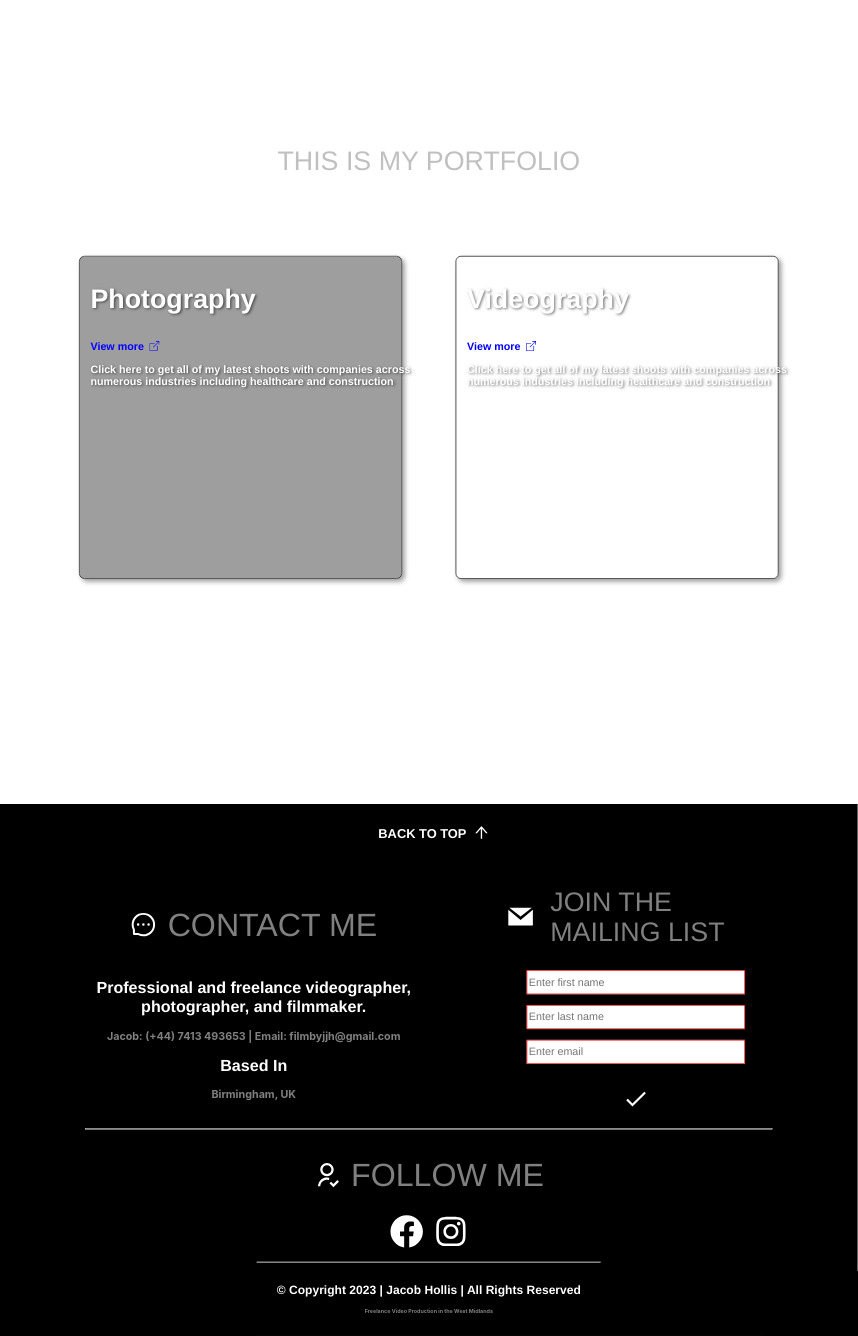
Repository: ThomasMTurner/filmbyjjh-portfolio
Page: /portfolio (app in client/)
These files come from the project's save history. The page is drawn as it stood at one moment and after the next save; the edit follows.
The browser window is 1280 px wide. The pictures show the whole page, at 67% of full size.
Pictures or frames that could not be fetched are drawn as grey boxes. The project was rebuilt for these pictures with package versions that can differ from the ones it lists, and the page was loaded fresh each time. Also part of the build but not shown: client/vite.config.js, client/src/pages/Components/TagComponents.jsx, client/src/pages/Components/Post.jsx, client/src/pages/Components/SearchBar.jsx, client/src/pages/Updates.jsx, client/src/pages/Contact.jsx, client/src/pages/Components/InitialLogin.jsx, client/src/pages/Home.jsx and 2 more. Imported but missing from the stored project, and not drawn on this page: client/src/pages/Components/Videos/header.mp4, client/src/pages/Components/Videos/portfolio-reel.mp4.

Above is the page before, as saved 2023-10-20 13:21:24.

### client/public/index.html
<!DOCTYPE html>
<html lang="en">
  <head>
    <meta charset="utf-8" />
    <link rel="icon" href="%PUBLIC_URL%/favicon2.ico" />
    <meta name="viewport" content="width=device-width, initial-scale=1" />
    <meta name="theme-color" content="#000000" />
    <meta
      name="description"
      content="Web site created using create-react-app"
    />
    <link rel="apple-touch-icon" href="%PUBLIC_URL%/logo192.png" />
    <!--
      manifest.json provides metadata used when your web app is installed on a
      user's mobile device or desktop. See https://developers.google.com/web/fundamentals/web-app-manifest/
    -->
    <link rel="manifest" href="%PUBLIC_URL%/manifest.json" />
    <!--
      Notice the use of %PUBLIC_URL% in the tags above.
      It will be replaced with the URL of the `public` folder during the build.
      Only files inside the `public` folder can be referenced from the HTML.

      Unlike "/favicon.ico" or "favicon.ico", "%PUBLIC_URL%/favicon.ico" will
      work correctly both with client-side routing and a non-root public URL.
      Learn how to configure a non-root public URL by running `npm run build`.
    -->
    <title>FILM.BY.JJH</title>
  </head>
  <body>
    <noscript>You need to enable JavaScript to run this app.</noscript>
    <div id="root"></div>
    <!--
      This HTML file is a template.
      If you open it directly in the browser, you will see an empty page.

      You can add webfonts, meta tags, or analytics to this file.
      The build step will place the bundled scripts into the <body> tag.

      To begin the development, run `npm start` or `yarn start`.
      To create a production bundle, use `npm run build` or `yarn build`.
    -->
  </body>
</html>

### client/src/index.jsx
import React from 'react';
import ReactDOM from 'react-dom/client';
import './index.css';
import App from './App';
import { UserRoleProvider } from './userRoleContext';


const root = ReactDOM.createRoot(document.getElementById('root'));
root.render(
  <React.StrictMode>
    <UserRoleProvider>
      <App />
    </UserRoleProvider>
  </React.StrictMode>
);

### client/src/App.jsx
import { useLocation, useNavigate, Route, Outlet, BrowserRouter as Router, Routes} from 'react-router-dom';
import { useEffect, useState, Suspense } from 'react';
import { CSSTransition } from 'react-transition-group';
import { ColorRing } from 'react-loader-spinner';
import React from 'react';
import NavBar from "./pages/Components/Navbar"
import Footer from "./pages/Components/Footer";
import Updates from './pages/Updates';
import Contact from './pages/Contact';
import Home from './pages/Home';
import { EventHighlights, PromotionalMaterial } from './pages/Videography';
import SubNav from './pages/Components/SubNav';
import Portfolio from './pages/Portfolio';


//page to capture individual shoots or projects, want back button at top right with title

const VideoPage = () => {
  const navigate = useNavigate();
  const location = useLocation();

  useEffect(() => {
    if (location.pathname == '/video'){
      navigate('/video/event-highlights');
    }
  }, [navigate, location]);

  return (
    <div className='video-page-wrapper'>
      <div className='sideline-content'>
        <SubNav
          title="Videography Content"
          parentLink="video"
          links={{"Event highlights": "event-highlights", "Promotional material": "promotional-material", "Drone footage": "my-first-highlight-reel" }}
          subLinks={{'event highlights': {"Shoots": {"Atlas Gym": "/video/links/atlas-gym"}, "Individual projects":{}}}}
          className='subnav'
        />
        <p className='sideline-content-text'>Welcome to the videography page, you can view all of my highlighted video projects on the right by scrolling. You can also look into each project by clicking on the button inside the caption. </p>
      </div>

      <div className='page-content-wrapper'>
        <Routes>
          <Route path="/event-highlights" element={<EventHighlights />} />
          <Route path="/promotional-material" element={<PromotionalMaterial />} />
        </Routes>
      </div>
    </div>
  );
};




const PhotoPage = () => {
    const navigate = useNavigate();
    const location = useLocation();

    useEffect(() => {
      if (location.pathname == '/video'){
        navigate('/video/event-highlights');
      }
    }, [navigate, location]);

    return (
      <div className='photo-page-wrapper'>
        <SubNav
          title="Photography Content"
          parentLink="photo"
          links={{}}
        />
        <Routes>
          <Route path="/" element={<EventHighlights />} />
        </Routes>
      </div>
    );

}


const LoadingPage = () => {
  return (
    <div className='loading-page'>
      <ColorRing
        className='loading-spinner'
        visible={true}
        height="100"
        width="100"
        ariaLabel="blocks-loading"
        wrapperStyle={{}}
        wrapperClass="blocks-wrapper"
        colors={['#000000', '#808080', '#C0C0C0', '#808080', '#000000']}
    />

      <p>Loading, please wait...</p>
    </div>
  )
}


const Layout = () => {
  const [showFooter, setShowFooter] = useState(false);

  useEffect(() => {
    const handleScroll = () => {
      const content = document.getElementById('content');
      if (content) {
        const scrollOffset = content.offsetHeight - document.documentElement.clientHeight;
        setShowFooter(window.pageYOffset >= scrollOffset);

      }
    };

    window.addEventListener('scroll', handleScroll);

    return () => {
      window.removeEventListener('scroll', handleScroll);
    };
  }, []);


      return (
        <div className='layout-wrapper'>
          <CSSTransition
           in={!showFooter}
           timeout={300}
           classNames='nav-transition'
           unmountOnExit>
            <NavBar id='nav' />
          </CSSTransition>
          <div id="content">
            <Outlet/>
          </div>
          <Footer/>
        </div>
      );
    };

/*
Notes for later:


*/


export default function App() {
  return (
    <div className="App">
      <Router>
        <Suspense fallback={<LoadingPage />} timeout={200}>
          <Routes>
            <Route path="/" element={<Layout />}>
              <Route index element={<Home />} />
              <Route path="/updates" element={<Updates />} />
              <Route path="/contact" element={<Contact />} />
              <Route path="/portfolio" element={<Portfolio/>} />
                <Route path="/portfolio/video/*" element={<VideoPage />} />
                <Route path="/portfolio/photo/*" element={<PhotoPage />} />
            </Route>
          </Routes>
        </Suspense>
      </Router>
    </div>
  );
}

### client/src/userRoleContext.jsx
import {useState, createContext} from 'react';

export const UserRoleContext = createContext();

export const UserRoleProvider = ({children}) => {
    const [userRole, setUserRole] = useState(null);
    return (
        <UserRoleContext.Provider value ={{userRole, setUserRole}}>
            {children}
        </UserRoleContext.Provider>
    );
};

### client/src/pages/Components/Navbar.jsx
import './main_styles.css'
import JacobLogo from './Images/jacob-logo.jpg';
import { useState, useEffect } from 'react';
import { NavLink } from 'react-router-dom';
import { motion } from 'framer-motion';
import Hamburger from 'hamburger-react';
import { CSSTransition } from 'react-transition-group';
import classNames from 'classnames';
import {BiSolidRightArrow} from 'react-icons/bi';



function DropDownMenu(props) {
  const isMobileNav = props.isMobileNav;

  const mobileContainer = {
    hidden: {
      opacity:0,
      y: -10
    },
    show: {
      opacity: 1,
      transition: {
        staggerChildren: 0.2,
        duration: 0.5
      },
      y:0
    }
  }

  const mobileItem = {
    hidden: {
      opacity: 0,
      y: -10
    },
    show: {
      opacity: 1,
      y: 0

    }
  }

  if (isMobileNav){
  return (
  <motion.div
    variants = {mobileContainer}
    initial = "hidden"
    animate = "show"
            >

        <ul className='test-sub-menu' onMouseLeave={() => (!isMobileNav) && props.setVideoSubMenu(false)}>
          {Object.entries(props.links).map(([key, value], index) => (
            <motion.div
                        whileHover={{x:5}}
                        transition={{type:"string", duration:0.2, stiffness:300, damping:50}}
                        initial= "hidden"
                        animate= "show"
                        variants={mobileItem}
                        >
              <li>

                <NavLink
                  exact
                  to={value}
                  className={({ isActive }) => (isActive ? 'active-sub-nav-item' : 'sub-nav-item')}
                  key={index}
                >
                  {key}
                </NavLink>
              </li>
            </motion.div>
          ))}
        </ul>
    </motion.div>

  );
   }
  else {
    return (
      <motion.div initial={{x:200, y:-65, opacity:0}}
                  animate ={{y:-55, opacity:1}}
                  transition={{type:"string", duration:0.2, stiffness:300, damping:50}}>
        <ul className='test-sub-menu' onMouseLeave={() => (!isMobileNav) && props.setVideoSubMenu(false)}>
          {Object.entries(props.links).map(([key, value], index) => (
            <motion.div transition={{type:"string", duration:0.2, stiffness:300, damping:50}}>
              <li>
                <NavLink
                  exact
                  to={value}
                  className={({ isActive }) => (isActive ? 'active-sub-nav-item' : 'sub-nav-item')}
                  key={index}
                >
                  {key}
                </NavLink>
              </li>
            </motion.div>
          ))}
        </ul>
      </motion.div>
    )
  }
}





export default function NavBar() {
    const [isToggled, setToggled] = useState(false);
    const [isMobileNav, setMobileNav] = useState(false);
    const [VideoSubMenu, setVideoSubMenu] = useState(false);
    const [dimensions, setDimensions] = useState({width:null, height:null})
    const [dropDownOpener, setDropDownOpener] = useState('+');


    const handleToggle = () => {
      setToggled(!isToggled);
    }


    function useDimensions() {
      useEffect(() => {
        const handleDimensions = () => {
          setDimensions({ width: window.innerWidth, height: window.innerHeight });
        };
        window.addEventListener("resize", handleDimensions);
        handleDimensions();
        return () => window.removeEventListener("resize", handleDimensions);
      }, []);
    }

    function useResize() {
      useEffect(() => {
        const handleResize = () => {
          const width = window.innerWidth;
          setMobileNav(width <= 768);
          setToggled(!isMobileNav)
        };

        window.addEventListener("resize", handleResize);
        handleResize();
        return () => window.removeEventListener("resize", handleResize);
      }, []);
    }




    const logoClasses = classNames({
      'main-logo-wrapper': true,
      'logo-reposition': isMobileNav
    })


    const handleMobileDropDownClick = () => {
      setVideoSubMenu(!VideoSubMenu);
      if (dropDownOpener == '+'){
        setDropDownOpener('-');
      }
      else{
        setDropDownOpener('+');
      }
    }



    useDimensions()
    useResize()



    return (

    <div className="app-wrapper">
      <nav className='Navigation'>
        <div className={logoClasses}>
          <img src={JacobLogo} className="main-logo" alt="Jacob's Logo"/>
        </div>
        <button onClick={() => handleToggle()} className="hamburger-menu-icon">
          <Hamburger toggled={isToggled} toggle={setToggled} size={30} color={"white"} />
        </button>
          {isToggled &&

              <ul className="nav-wrapper">
                <li>
                  <NavLink exact to="/" className={({ isActive }) => (isActive ? 'active-nav-item' : 'nav-item')}>Home</NavLink>
                </li>
                <li>
                  <NavLink exact to="/updates" className={({ isActive }) => (isActive ? 'active-nav-item' : 'nav-item')}>Updates</NavLink>
                </li>
                <li onMouseEnter={() => (!isMobileNav) && setVideoSubMenu(true)} onMouseLeave ={() => (!isMobileNav) && setVideoSubMenu(false)}>
                  <NavLink exact to="/portfolio" className={({ isActive }) => (isActive ? 'active-nav-item' : 'nav-item')}>Portfolio</NavLink>
                  {isMobileNav && <button className='drop-down-mobile-button' onClick={() => handleMobileDropDownClick()}> {dropDownOpener} </button>}
                  {VideoSubMenu && (
                    <DropDownMenu
                      VideoSubMenu={VideoSubMenu}
                      setVideoSubMenu={setVideoSubMenu}
                      isMobileNav={isMobileNav}
                      links={{ 'Home': '/portfolio', 'Videography': '/portfolio/video', 'Photography': '/portfolio/photo' }}
                    />

  )}
                </li>
                <li>
                  <NavLink exact to="/contact" className={({ isActive }) => (isActive ? 'active-nav-item' : 'nav-item')}>Contact</NavLink>
                </li>
              </ul>


          }

      </nav>
    </div>

    );

  }

### client/src/pages/Portfolio.jsx
import { useNavigate } from 'react-router-dom';
import { useState } from 'react';
import {BsBoxArrowUpRight, BsArrowRight} from 'react-icons/bs';

const PortfolioCard = (props) => {
    const navigate = useNavigate();
    const [hovering, setHovering] = useState(false);
    console.log(props.title.toLowerCase().slice(0, 5))
    return (
        <div onClick={() => navigate(`/portfolio/${props.title.toLowerCase().slice(0, 5)}`)} onMouseEnter={() => setHovering(true)} onMouseLeave={() => setHovering(false)} className={`portfolio-card portfolio-card-${props.title.toLowerCase()}`}>
            <p style={{fontFamily:'helvetica', fontWeight:'bold', fontSize:'2.5rem', color:'white'}}>{props.title}</p>
            <button className={`portfolio-card-button ${hovering ? 'portfolio-card-button-hover' : ''}`} type="button" onClick={() => navigate(`/portfolio/${props.title.toLowerCase().slice(0, 5)}`)}>View more <BsBoxArrowUpRight color={'blue'} size={15} /></button>
            <p style={{fontFamily:'helvetica', fontWeight:'bold', fontSize:'1rem', color:'white'}}>{props.desc}</p>
        </div>
    )
}
export default function Portfolio() {
    return(
        <div style={{display:'flex', flexDirection:'column', justifyContent:'center', alignItems:'center', width:'100%', gap:'5rem', minHeight:'75rem', position:'relative', bottom:'5rem'}}>
            <p style={{fontFamily:'helvetica', fontWeight:'200', fontSize:'2.5rem', color:'silver'}}>THIS IS MY PORTFOLIO</p>
            <div style={{display:'flex', flexDirection:'row', justifyContent:'center', alignItems:'center', width:'100%', gap:'5rem'}}>
                <PortfolioCard title="Photography" desc="Click here to get all of my latest shoots with companies across numerous industries including healthcare and construction" />
                <PortfolioCard title="Videography" desc="Click here to get all of my latest shoots with companies across numerous industries including healthcare and construction" />
            </div>
        </div>
    )
}

### client/src/pages/Components/ScrollButton.jsx
import './main_styles.css';
import { useState } from 'react';
import {AiOutlineArrowUp} from 'react-icons/ai';

export default function ScrollButton () {
    const [iconActive, setIconActive] = useState(false);
    const handlePress = () => {
        window.scrollTo({top:0, left:0, behavior:"smooth"});
    }

    const handleIconState = () => {
        setIconActive(!iconActive);
    }

    const handleIconColour = () => {
        if (iconActive) {
            return 'gray';
        }
        else {
            return 'white';
        }
    }


    return (
        <div className='scroll-button-wrapper' onMouseEnter={handleIconState} onMouseLeave={handleIconState}>
            <button onClick={handlePress} className='scroll-button'>BACK TO TOP
            <AiOutlineArrowUp width='200' height='200' color={handleIconColour()} className='scroll-icon'/>
            </button>

        </div>
    );
}

Loaded but not shown: client/src/index.css (common file); client/src/pages/Components/main_styles.css (2559 lines, source omitted); client/src/pages/Components/Footer.jsx (238 lines, source omitted)

After the next save:
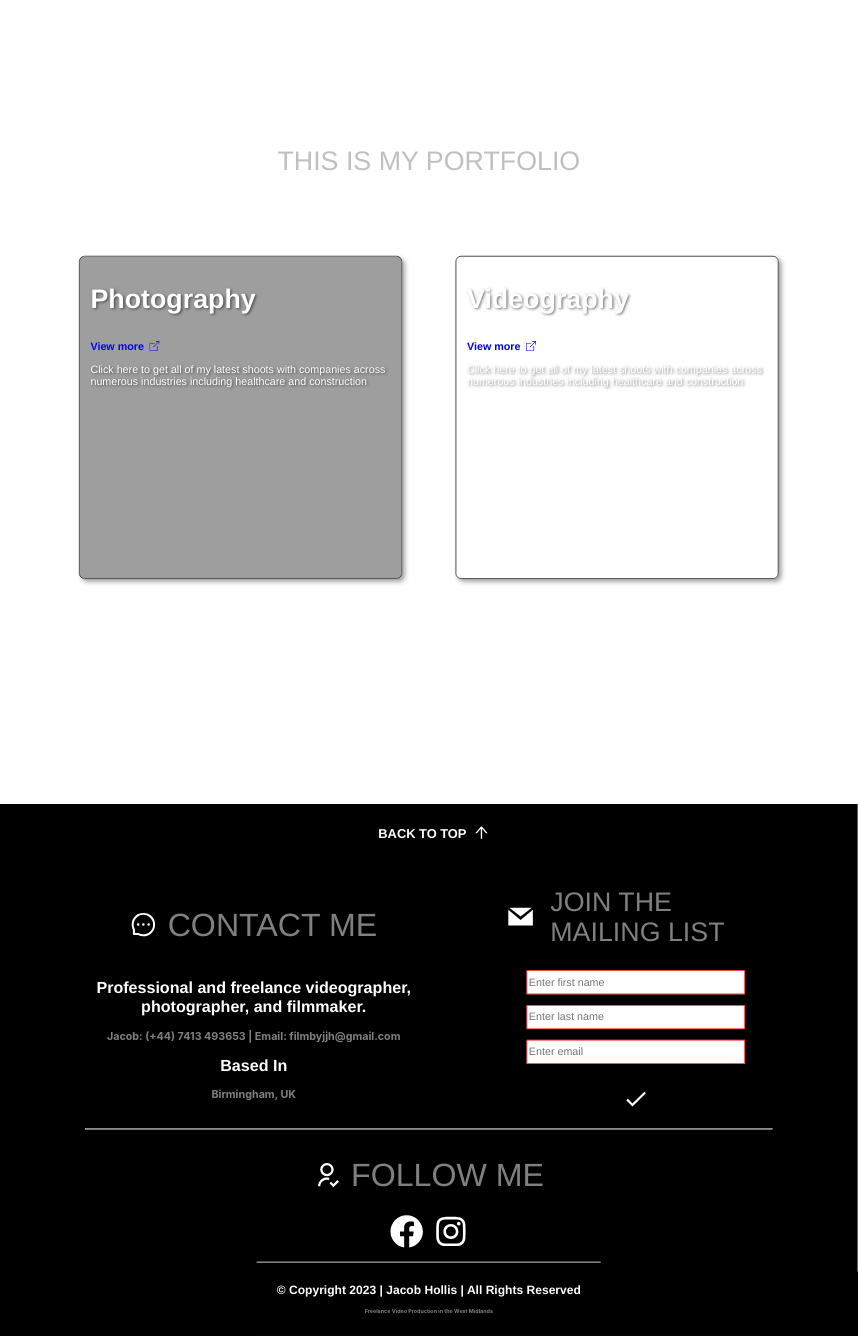
Saved 9 s later.
--- a/client/src/pages/Portfolio.jsx
+++ b/client/src/pages/Portfolio.jsx
@@ -10,7 +10,7 @@ const PortfolioCard = (props) => {
         <div onClick={() => navigate(`/portfolio/${props.title.toLowerCase().slice(0, 5)}`)} onMouseEnter={() => setHovering(true)} onMouseLeave={() => setHovering(false)} className={`portfolio-card portfolio-card-${props.title.toLowerCase()}`}>
             <p style={{fontFamily:'helvetica', fontWeight:'bold', fontSize:'2.5rem', color:'white'}}>{props.title}</p>
             <button className={`portfolio-card-button ${hovering ? 'portfolio-card-button-hover' : ''}`} type="button" onClick={() => navigate(`/portfolio/${props.title.toLowerCase().slice(0, 5)}`)}>View more <BsBoxArrowUpRight color={'blue'} size={15} /></button>
-            <p style={{fontFamily:'helvetica', fontWeight:'bold', fontSize:'1rem', color:'white'}}>{props.desc}</p>
+            <p style={{fontFamily:'helvetica', fontWeight:'200', fontSize:'1rem', color:'white'}}>{props.desc}</p>
         </div>
     )
 }
